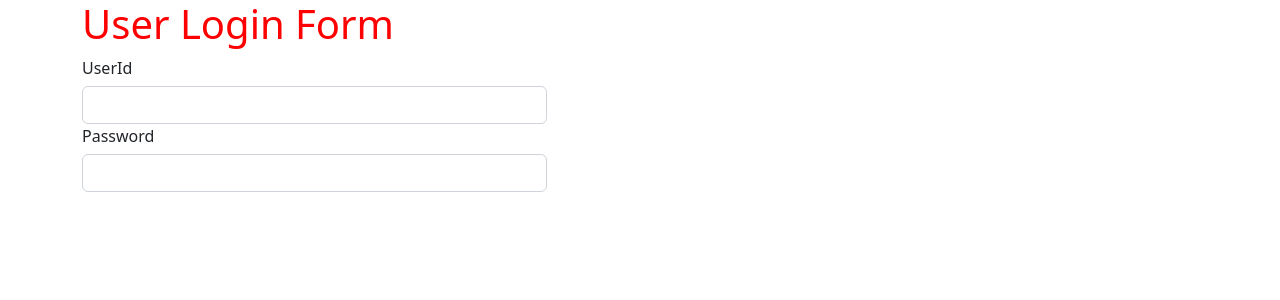
Repository: SadanChandra99/capgemini-bootcamp
Page: CreditCardPayment/src/main/webapp/views/Login.html
These files come from the project's save history. The page is drawn as it stood at one moment and after the next save; the edit follows.
The browser window is 1280 px wide. The pictures show the whole page.

Above is the page before, as saved 2022-09-02 04:27:31.

### CreditCardPayment/src/main/webapp/views/Login.html
<!doctype html>
<html lang="en">
  <head>
    <meta charset="utf-8">
    <meta name="viewport" content="width=device-width, initial-scale=1">
    <title>Login page</title>
    <link href="https://cdn.jsdelivr.net/npm/bootstrap@5.2.0/dist/css/bootstrap.min.css" rel="stylesheet" integrity="sha384-gH2yIJqKdNHPEq0n4Mqa/HGKIhSkIHeL5AyhkYV8i59U5AR6csBvApHHNl/vI1Bx" crossorigin="anonymous">
    <script src="https://cdn.jsdelivr.net/npm/bootstrap@5.1.3/dist/js/bootstrap.bundle.min.js" integrity="sha384-ka7Sk0Gln4gmtz2MlQnikT1wXgYsOg+OMhuP+IlRH9sENBO0LRn5q+8nbTov4+1p" crossorigin="anonymous"></script>
  </head>
  <body>


    <div class = "container" >

    	<h1 style="color:red;"  >User Login Form</h1>
    	<form class = "col-5">
    	<label><h6>UserId</h6></label>
    	<input type ="text" class = "form-control">
    	<label><h6>Password</h6></label>
    	<input type ="password" class = "form-control">

    	</form>


    </div>

  </body>
</html>

After the next save:
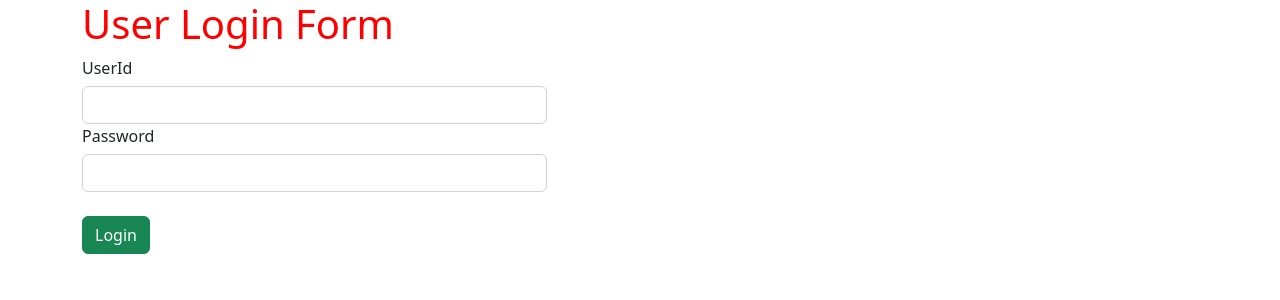
Saved 103 s later.
--- a/CreditCardPayment/src/main/webapp/views/Login.html
+++ b/CreditCardPayment/src/main/webapp/views/Login.html
@@ -18,6 +18,9 @@
     	<input type ="text" class = "form-control">
     	<label><h6>Password</h6></label>
     	<input type ="password" class = "form-control">
+    	<br/>
+
+    	<button class = "btn btn-success">Login</button>
 
     	</form>
 
